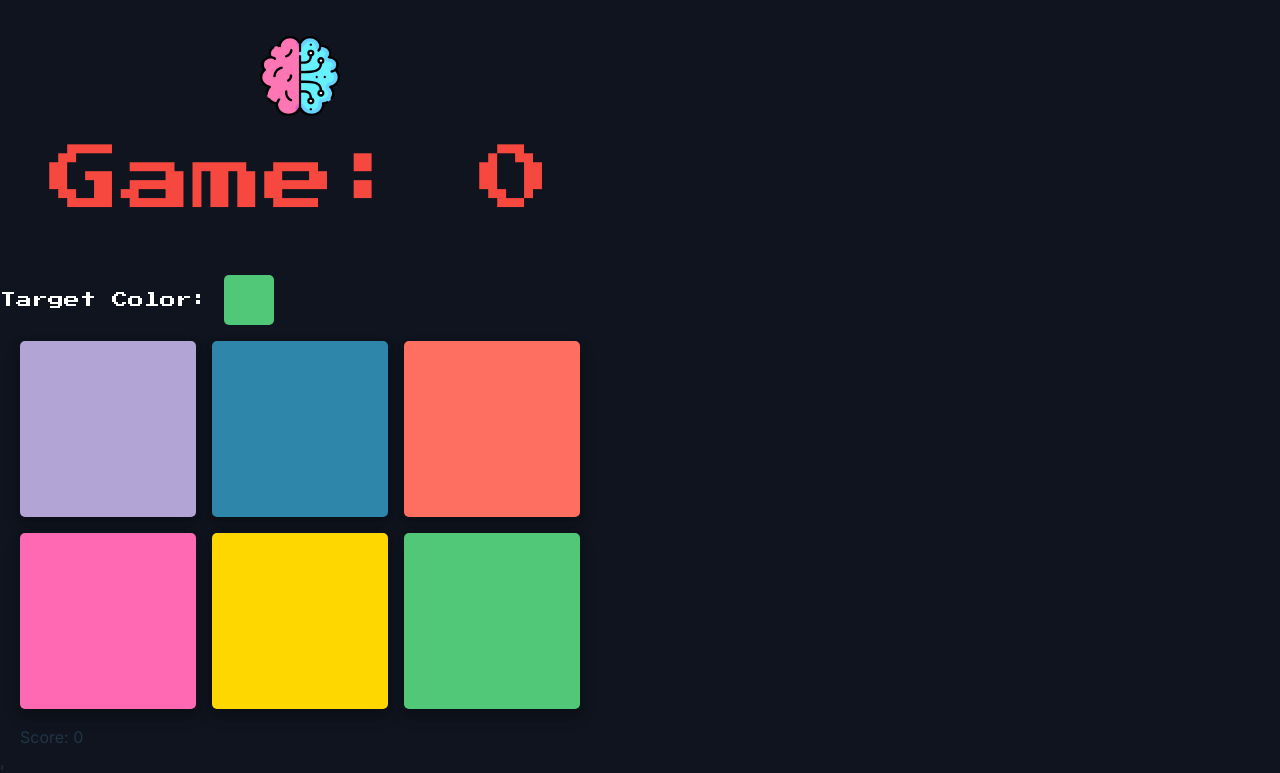
Repository: Shenixo/Color_match_game
Page: /game_play
These files come from the project's save history. The page is drawn as it stood at one moment and after the next save; the edit follows.
The browser window is 1280 px wide. The pictures show the whole page.
The project was rebuilt for these pictures with package versions that can differ from the ones it lists, and the page was loaded fresh each time. Also part of the build but not shown: vite.config.js, src/Components/Tab/Tab.css, src/Components/Tab/Tab.jsx, src/Pages/Home/Home.jsx, src/Pages/Rules/Rules.css, src/Pages/Rules/Rules.jsx, src/Pages/Sound/Sound.jsx. Imported but missing from the stored project, and not drawn on this page: src/assets/button_clicks.wav, src/assets/game_theme_sound.mp4.

Above is the page before, as saved 2025-02-04 01:41:14.

After the next save:
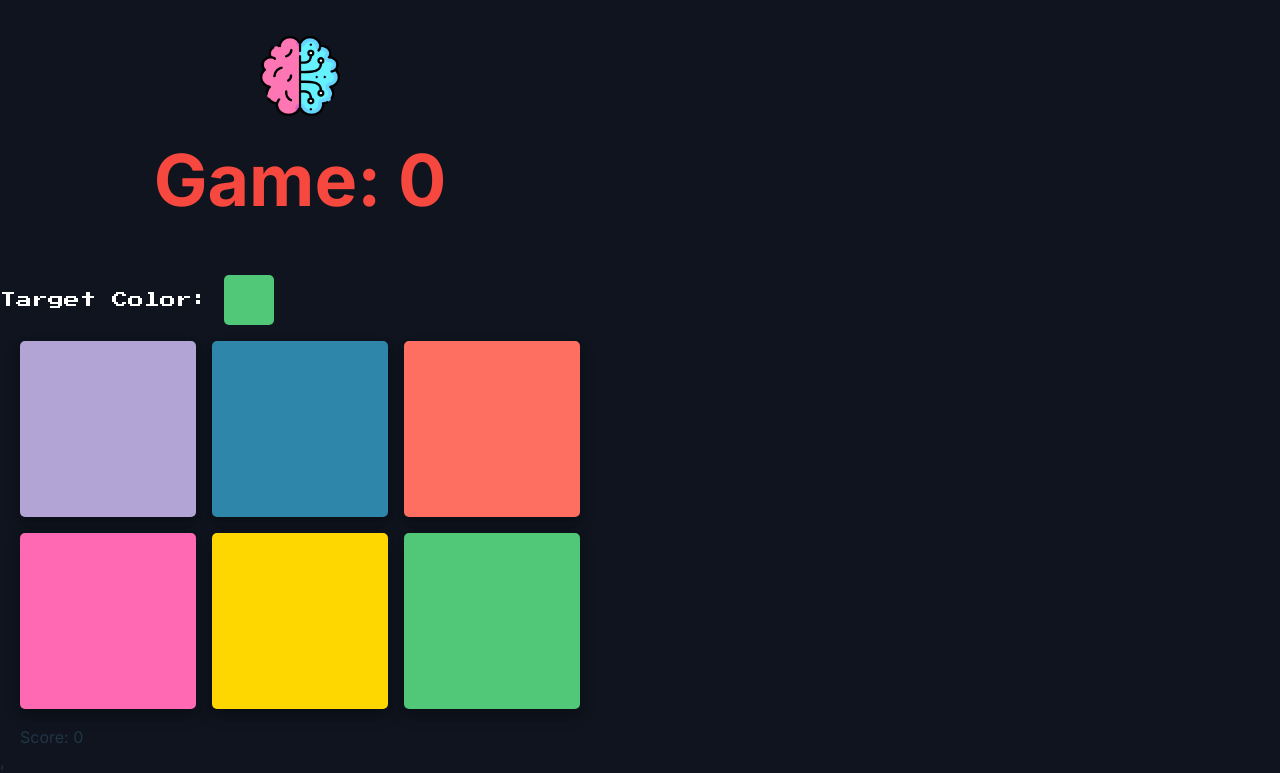
Saved 32 s later.
--- a/src/Components/Title/Title.css
+++ b/src/Components/Title/Title.css
@@ -8,5 +8,5 @@
   flex-direction: column-reverse;
 }
 .title h1 {
-  font-family: "Press Start 2P", serif;
+  /* font-family: "Press Start 2P", serif; */
 }
